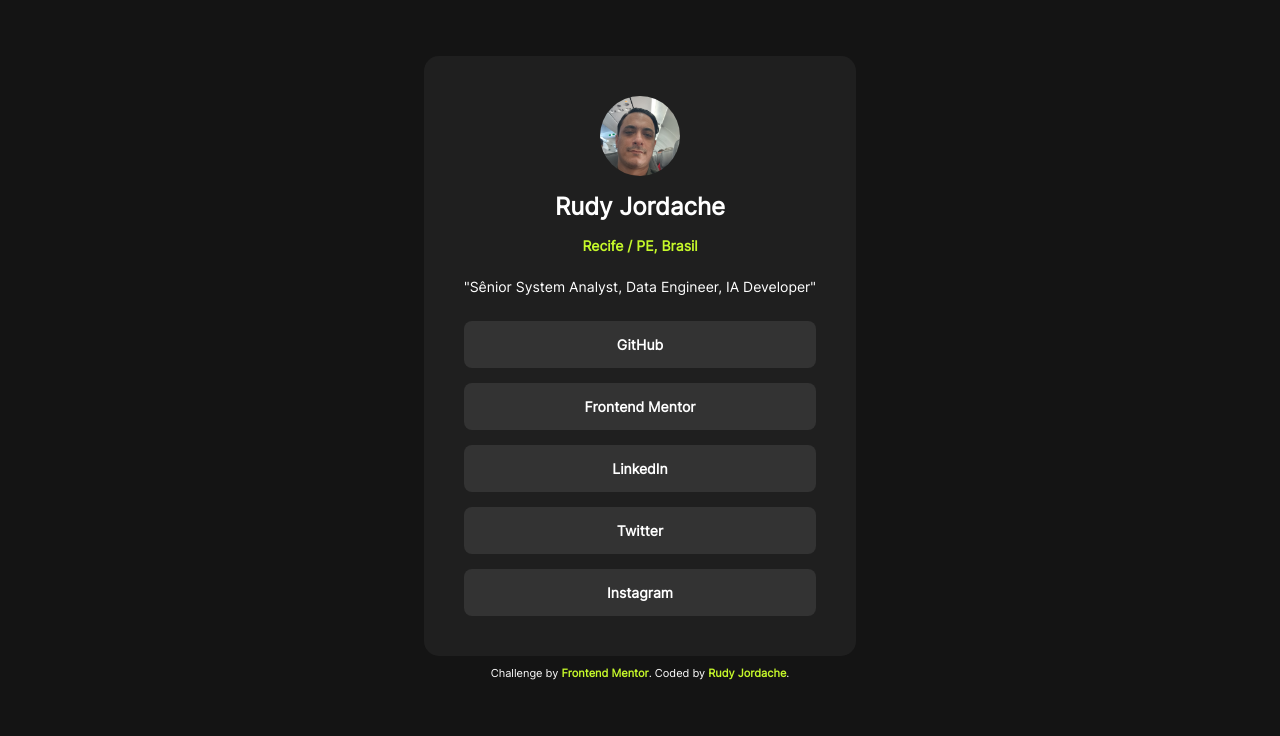
Repository: RudyJ/social-links-profile
Page: index.html
These files come from the project's save history. The page is drawn as it stood at one moment and after the next save; the edit follows.
The browser window is 1280 px wide. The pictures show the whole page.

Above is the page before, as saved 2024-04-02 20:36:19.

After the next save:
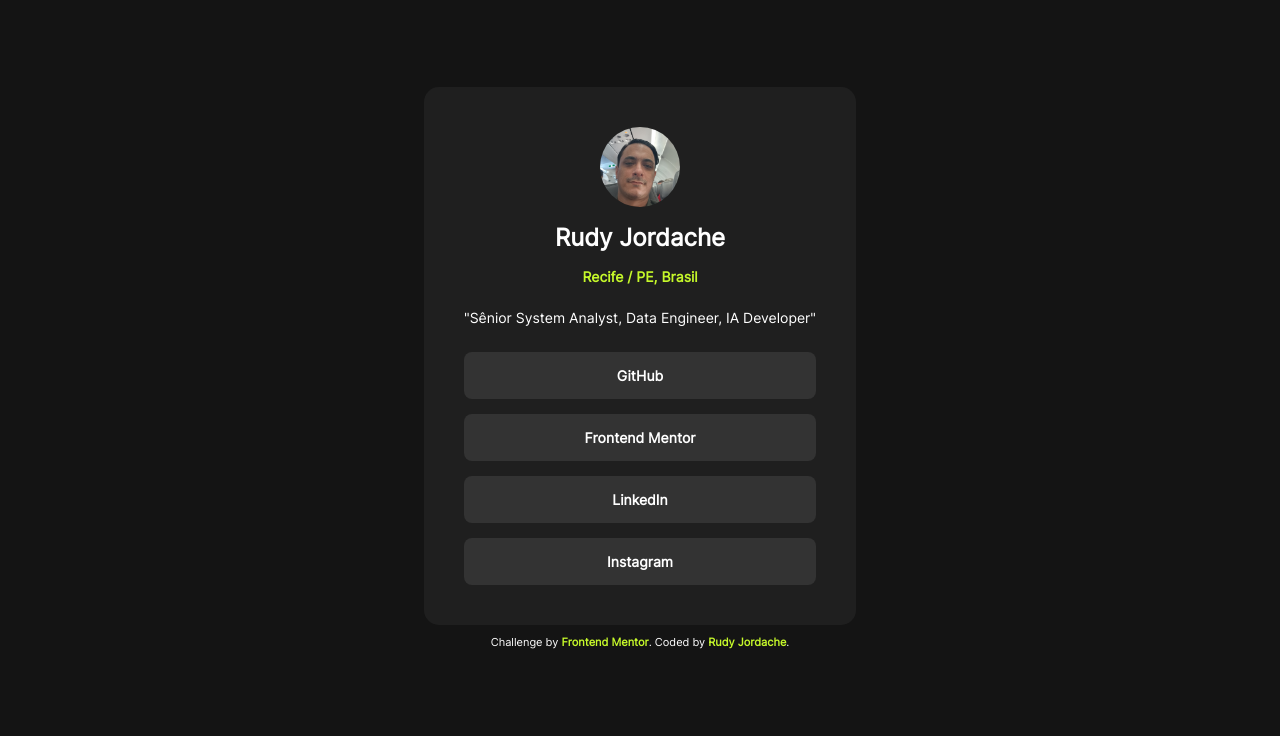
Saved 116 s later.
--- a/index.html
+++ b/index.html
@@ -30,10 +30,7 @@
           <a href="#">LinkedIn</a>
         </li>
         <li>
-          <a href="#">Twitter</a>
-        </li>
-        <li>
-          <a href="#">Instagram</a>
+          <a href="https://www.instagram.com/rudyjordache/">Instagram</a>
         </li>
       </ul>
     </div>
